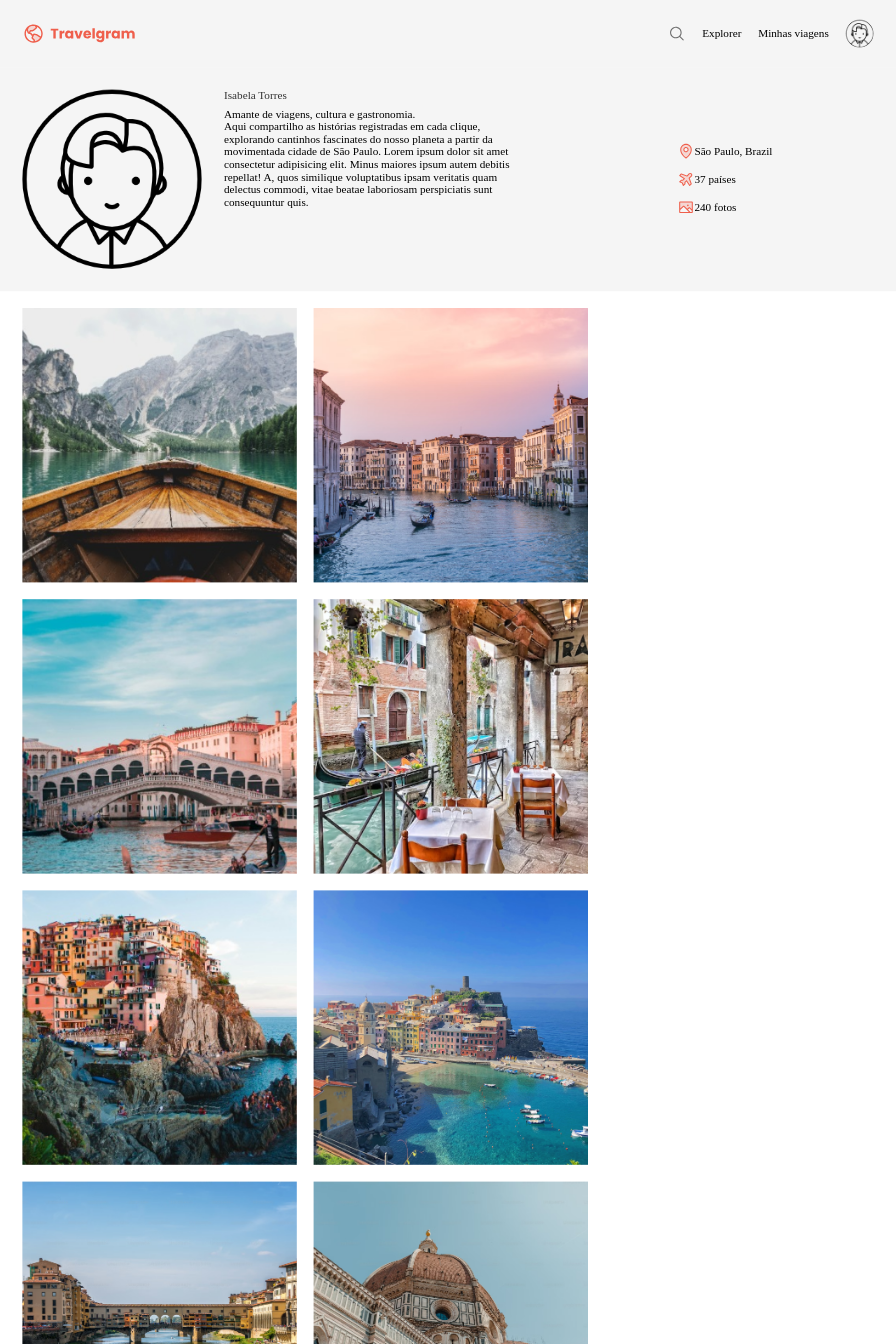
Repository: JeffRodFer/projeto-Travelgran-Rockeseat
Page: index.html
The author's editor kept a copy of each file at every save. The page is drawn from the files as they stood at one save, then again after the next save.
The browser window is 1280 px wide. The pictures show the part of the page from y = 0 to 1920 px (the page is 3768 px tall before and 3720 px after), at 70% of full size.

Above is the page before, as saved 2025-03-22 17:03:00.

After the next save:
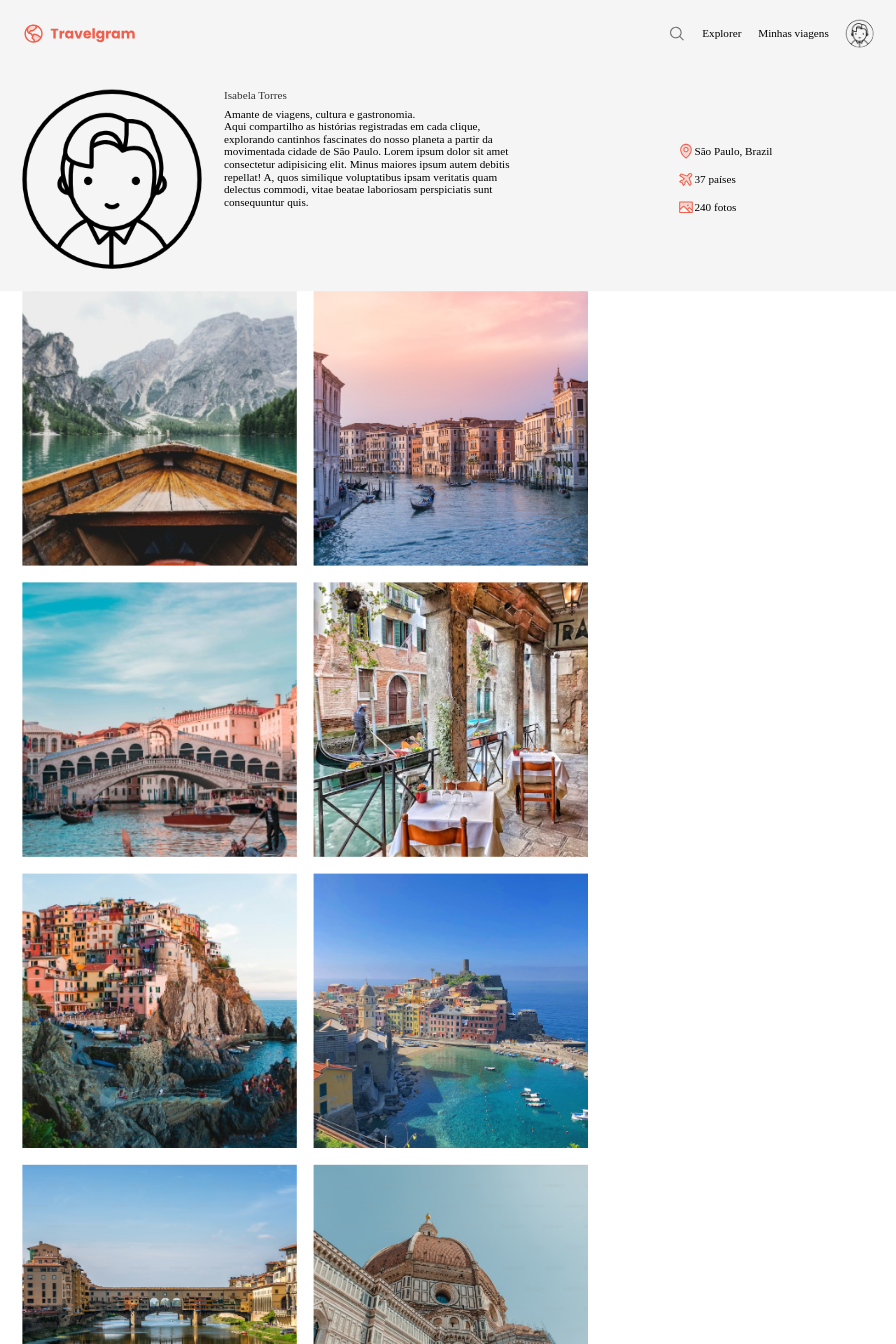
Saved 29 s later.
--- a/styles/main.css
+++ b/styles/main.css
@@ -2,7 +2,6 @@ main {
     display: flex;
     flex-wrap: wrap;
     gap: 24px;
-    padding-block: 24px;
 }
 main img {
     width: 392px;
